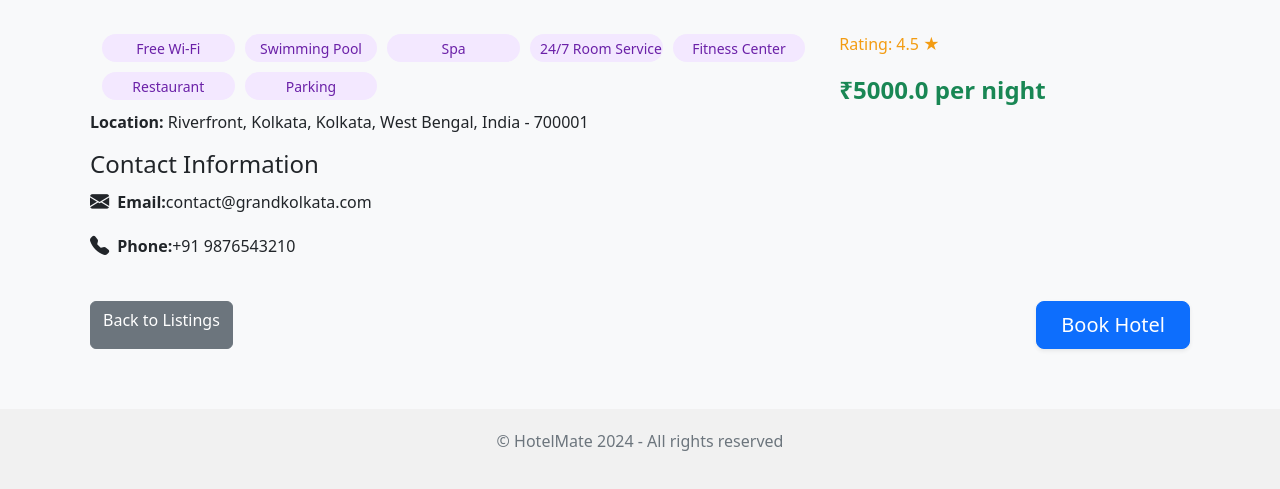
Repository: himanshu2k23/HoteMate
Page: http://localhost/HotelMate/details.jsp
An editor plug-in stored every save of this project. The page is shown before and after the next save, followed by the edit.
The browser window is 1280 px wide. The pictures show the part of the page from y = 706 to 1195 px (the page is 1195 px tall before and 1123 px after).
The page is served by Tomcat 10.

Above is the page before, as saved 2025-01-13 19:34:06.

After the next save:
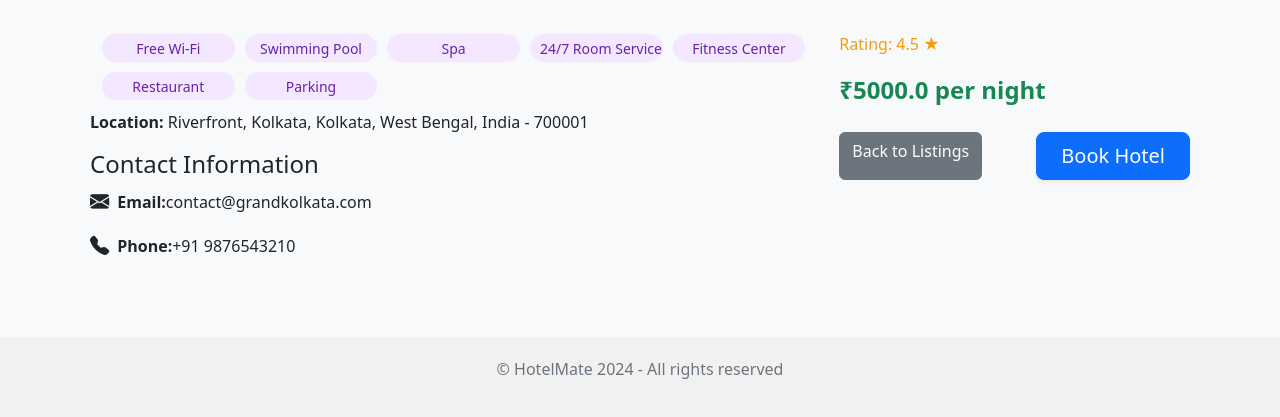
Saved 13 s later.
--- a/HotelMate/src/main/webapp/details.jsp
+++ b/HotelMate/src/main/webapp/details.jsp
@@ -174,16 +174,14 @@ body {
 					₹<%=pricePerNight%>
 					per night
 				</p>
+				<div class="d-flex justify-content-between mt-4">
+					<a href="HotelDataServlet" class="btn btn-secondary">Back to
+						Listings</a> <a href=""
+						class="btn btn-primary btn-lg px-4 py-2 shadow-sm hover-shadow-lg transition-all">Book
+						Hotel</a>
 
+				</div>
 			</div>
-
-		</div>
-
-		<div class="d-flex justify-content-between mt-4">
-			<a href="HotelDataServlet" class="btn btn-secondary">Back to
-				Listings</a> <a href=""
-				class="btn btn-primary btn-lg px-4 py-2 shadow-sm hover-shadow-lg transition-all">Book
-				Hotel</a>
 
 		</div>
 
